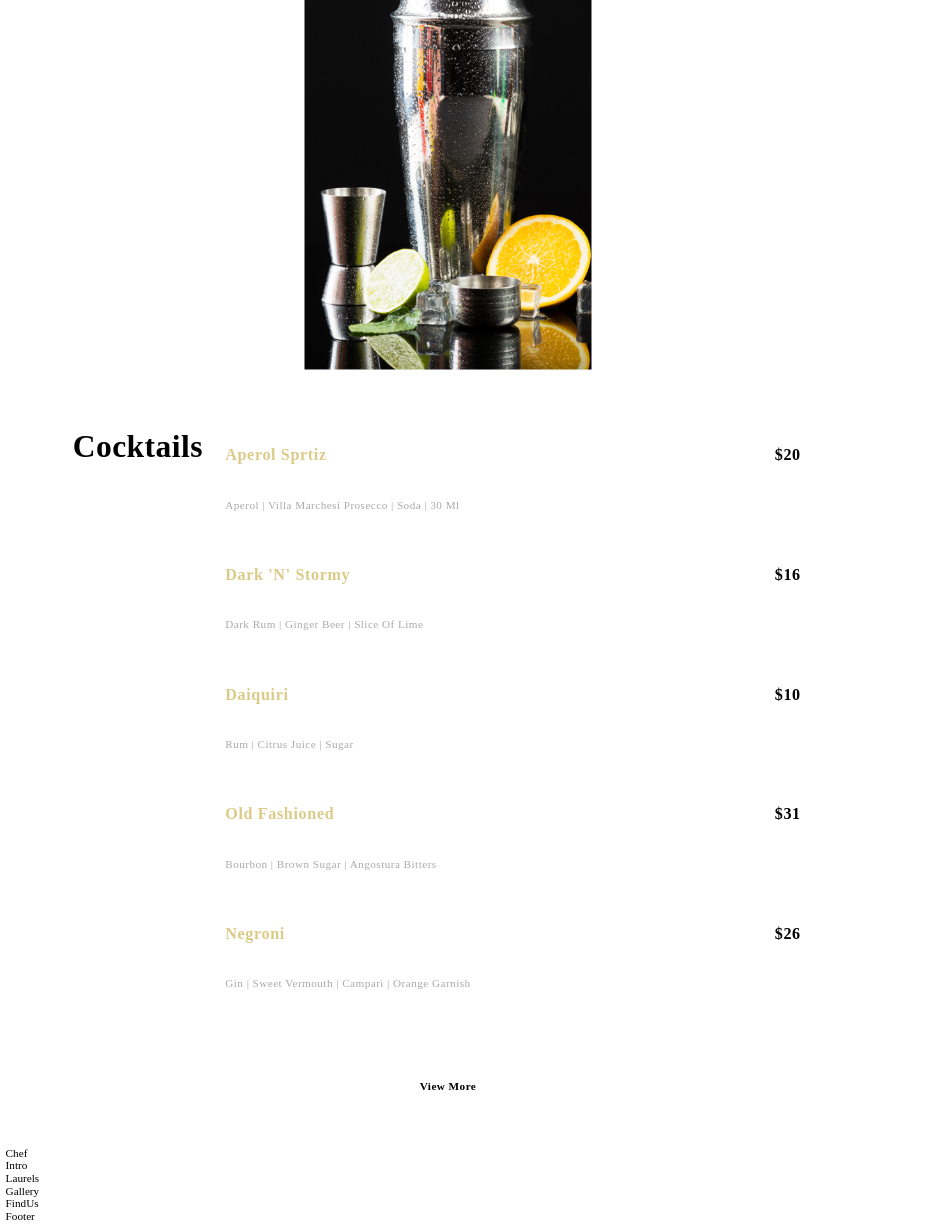
Repository: remydev47/restaurant
Page: /
An editor plug-in stored every save of this project. The page is shown before and after the next save, followed by the edit.
The browser window is 1280 px wide. The page is 1336 px wide, so the pictures cover 1336 px, including what lies to the right of the window. The pictures show the part of the page from y = 3858 to 5698 px (the page is 5613 px tall before and 5698 px after), at 70% of full size.
Backgrounds fixed to the window are drawn as part of the page. The project was rebuilt for these pictures with package versions that can differ from the ones it lists, and the page was loaded fresh each time. Also part of the build but not shown: src/container/Chef/Chef.css, src/components/Footer/Newsletter.jsx, src/components/Footer/FooterOverlay.jsx. Imported but missing from the stored project, and not drawn on this page: src/assets/meal.mp4.

Above is the page before, as saved 2022-03-16 17:16:41.

### public/index.html
<!DOCTYPE html>
<html lang="en">
  <head>
    <meta charset="utf-8" />
    <link rel="icon" href="%PUBLIC_URL%/favicon.ico" />
    <meta name="viewport" content="width=device-width, initial-scale=1" />
    <meta name="theme-color" content="#000000" />
    <meta name="description"content="Web site created using create-react-app"/>
    <link rel="apple-touch-icon" href="%PUBLIC_URL%/logo192.png" />
    <link rel="manifest" href="%PUBLIC_URL%/manifest.json" />
    <title>Gerich Resturant</title>
  </head>
  <body>
    <noscript>You need to enable JavaScript to run this app.</noscript>
    <div id="root"></div>
</html>

### src/App.js
import React from 'react';

import { AboutUs, Chef, FindUs, Footer, Gallery, Header, Intro, Laurels, SpecialMenu } from './container';
import { Navbar } from './components';
import './App.css';

const App = () => (
  <div>
    <Navbar />
    <Header />
    <AboutUs />
    <SpecialMenu />
    <Chef />
    <Intro />
    <Laurels />
    <Gallery />
    <FindUs />
    <Footer />
  </div>
);

export default App;

### src/container/AboutUs/AboutUs.jsx
import React from 'react';

import './AboutUs.css';
import { images } from '../../constants';

const AboutUs = () => (
  <div className="app__aboutus app__bg flex__center section__padding" id="aboutus">
    <div className='app__aboutus-overlay flex__center'>
      <img src={images.G} alt="g letter" />
    </div>
    <div className='app__aboutus-content flex__center'>
      <div className='app__aboutus-content_about'>
        <h1 className='headtext__cormorant'>About Us</h1>
        <img src={images.spoon} alt="about_spoon" className="spoon__img" />
        <p className="p__opensans">
          Eager to serve you, our experienced wait staff greet you at the door and lead you to the table of your choice in the well thought out seating arrangement. The rich aroma of freshly ground coffee is the handiwork of our skilled baristas, adept in latte art.
        </p>
        <button type="button" className="custom__button">Know More</button>
      </div>
      <div className="app__aboutus-content_knife flex__center">
        <img src={images.knife} alt="about_knife" />
      </div>
      <div className='app__aboutus-content_history'>
        <h1 className='headtext__cormorant'>Our History</h1>
        <img src={images.spoon} alt="about_spoon" className="spoon__img" />
        <p className="p__opensans">
        Welcome to Giretch, a fully fledged restaurant specializing in delivering a relaxed and memorable dining experience. We’re currently in 12 locations; 4 in Nairobi, 8 in Kampala and 1 in Entebbe
        </p>
        <button type="button" className="custom__button">Know More</button>
      </div>
    </div>
  </div>
);

export default AboutUs;

### src/container/Header/Header.jsx
import React from 'react';
import { SubHeading } from '../../components';

import { images } from "../../constants"
import './Header.css';

const Header = () => (
  <div className="app__header app__wrapper section__padding" id="home">
    <div className="app__wrapper_info">
      <SubHeading title="Chase The New Flavour" />
      <h1 className="app__header-h1">The Key To Fine Dining</h1>
      <p className="p__opensans" style={{margin: '2rem 0'}}>
          Geritch is a perfect haven for both business and leisure travellers. It all begins with our friendly staff, who will do everything they can to make your meal fulfiling and enjoyable. The team at Geritch kitchen looks forward to welcoming you in one of our luxury restaurant where you will experience comfort and convenience in this beautiful city of Nairobi.
      </p>
      <button type="button" className="custom__button">Explore Menu</button>
    </div>
    <div className="app__wrapper_img">
      <img src={images.welcome} alt="header img" />
    </div>
  </div>
);

export default Header;

### src/container/Menu/SpecialMenu.jsx
import React from 'react';

import { SubHeading, MenuItem } from '../../components';
import { images, data } from '../../constants';
import './SpecialMenu.css';

const SpecialMenu = () => (
  <div className="app__specialMenu flex__center section__padding">
    <div className='app__specialMenu-title'>
      <SubHeading title="Menu Thats Fits Your Pallate" />
      <h1 className="headtext__cormorant">Today's Special</h1>
    </div>

    <div className='app__specialMenu-menu'>
      <div className='app__specialMenu-menu_wine flex__center'>
        <p className='app__specialMenu-menu_heading'>Wine & Beer</p>
      </div>
      <div className='app__specialMenu_menu_items'>
        {data.wines.map((wine, index) => (
         <MenuItem key={wine.title + index} title={wine.title} price={wine.price} tags={wine.tags} />
        ))}
      </div>
    </div>

    <div className="app__specialMenu-menu_img">
      <img src={images.menu} alt="menu img"  />
    </div>

    <div className='app__specialMenu-menu'>
      <div className='app__specialMenu-menu_cocktails flex__center'>
        <p className='app__specialMenu-menu_heading'>Cocktails</p>
      </div>
      <div className='app__specialMenu_menu_items'>
        {data.cocktails.map((cocktail, index) => (
          <MenuItem key={cocktail.title + index} title={cocktail.title} price={cocktail.price} tags={cocktail.tags} />
        ))}
      </div>
    </div>
    <div style={{marginTop: '15px'}}>
      <button  type="button" className="custom__button">View More</button>
    </div>
  </div>
);

export default SpecialMenu;

### src/components/SubHeading/SubHeading.jsx
import React from 'react';
import { images } from '../../constants';


const SubHeading = ({ title }) => (
  <div style={{ marginBottom: "1rem"}}>
    <p className='p__cormorant'>{title}</p>
    <img src={images.spoon} alt="spoon" className="spoon__img" />
  </div>
);

export default SubHeading;

### src/components/Menuitem/MenuItem.jsx
import React from 'react';

import './MenuItem.css';

const MenuItem = ({ title, price, tags }) => (
  <div className="app__menuitem">
    <div className="app__menuitem-head">
      <div className="app__menuitem-name">
        <p className="p__cormorant" style={{ color: '#DCCA87'}}>{title}</p>
      </div>

      <div className="app__menuitem-dash" />

      <div className="app__menuitem-price">
        <p className="p__cormorant">{price}</p>
      </div>
    </div>
    <div className="app__menuitem-sub">
      <p className="p__opensans" style={{ color: '#AAA'}}>{tags}</p>
    </div>
  </div>
);

export default MenuItem;

### src/components/Navbar/Navbar.jsx
import React, {useState} from 'react';
import { GiHamburgerMenu } from 'react-icons/gi';
import { MdOutlineRestaurantMenu } from 'react-icons/md';

import images from '../../constants/images';
import './Navbar.css';

const Navbar = () => {
  const [toggleMenu, setToggleMenu] = useState(false)
  return(
  <nav className="app__navbar">
    <div className="app__navbar-logo">
     <img src={images.gericht} alt="app logo"/>
    </div>
    <ul className="app__navbar-links">
      <li className="p__opensans"><a href="#home">Home</a></li>
      <li className="p__opensans"><a href="#about">About</a></li>
      <li className="p__opensans"><a href="#menu">Menu</a></li>
      <li className="p__opensans"><a href="#awards">Awards</a></li>
      <li className="p__opensans"><a href="#contact">Contact</a></li>
    </ul>
    <div className="app__navbar-login">
      <a href="#login" className="p__opensans">Log in/ Register</a>
    <div/>
      <a href="/" className="p__opensans">Book Table</a>
    </div>
    <div className="app__navbar-smallscreen">
      <GiHamburgerMenu color="#fff" fontsize={27} onClick={() => setToggleMenu(true)} />

      {toggleMenu && (


      <div className="app__navbar-smallscreen_overlay flex__center slide-bottom">
        <MdOutlineRestaurantMenu fontSize={27} className="overlay__close" onClick={() => setToggleMenu(false)} />
        <ul className="app__navbar-smallscreen_links">
          <li className="p__opensans"><a href="#home">Home</a></li>
          <li className="p__opensans"><a href="#about">About</a></li>
          <li className="p__opensans"><a href="#menu">Menu</a></li>
          <li className="p__opensans"><a href="#awards">Awards</a></li>
          <li className="p__opensans"><a href="#contact">Contact</a></li>
       </ul>
      </div>
       )}
    </div>
  </nav>
  );
};

export default Navbar;

### src/container/AboutUs/AboutUs.css
.app__aboutus {
    position: relative;
}

.app__aboutus-overlay {
    position: absolute;
    inset: 0;
}

.app__aboutus-overlay img {
    width: 391px;
    height: 415px;
    z-index: 0;
}

.app__aboutus-content {
    width: 100%;
    z-index: 2;
}

.app__aboutus-content_about {
    flex: 1;
    display: flex;
    justify-content: flex-end;
    align-items: flex-end;
    flex-direction: column;

    text-align: right;
}

.app__aboutus-content_knife {
    margin: 2rem 4rem;
}

.app__aboutus-content_knife img{
    height: 910px;
}

.app__aboutus-content_history {
    flex: 1;
    display: flex;
    justify-content: flex-start;
    align-items: flex-start;
    flex-direction: column;

    text-align: left;
}

.app__aboutus-content_history p,
.app__aboutus-content_about p {
    margin: 2rem 0;
    color: var(--color-grey);
}

@media screen and (max-width: 2000px) {
    .app__aboutus-content_knife img{
        height: 1110px;
    }
}

.app__aboutus-content_history p,
.app__aboutus-content_about p {
    margin: 4rem 0;
    color: var(--color-grey);
}

@media screen and (max-width: 900px) {
    .app__aboutus-content {
        flex-direction: column;
    }

    .app__aboutus-content_knife {
        margin: 4rem 0;
    }
}

@media screen and (max-width: 650px) {
    .app__aboutus-overlay img {
        width: 80%;
        height: 320px;
    }
}

### src/container/Header/Header.css
.app__header {
    background-color: var(--color-black);
}

.app__header-h1 {
    font-family: var(--font-base);
    color: var(--color-golden);
    letter-spacing: 0.04rem;
    text-transform: uppercase;
    line-height: 117px;
    font-size: 90px;
}

.app__header-img {
    width: 100%;
}

### src/container/Menu/SpecialMenu.css
.app__specialMenu {
    flex-direction: column;
    background-color: var(--color-black);
}

.app__specialMenu-title {
    margin-bottom: 2rem;
    text-align: center;
}

.app__specialMenu-menu {
    width: 100%;

    margin: 2rem 0;
    display: flex;
    justify-content: center;
    align-items: flex-start;
    flex-direction: row;
}

.app__specialMenu-menu_heading {
    font-family: var(--font-base);
    font-weight: 600;
    font-size: 45px;
    line-height: 58.5px;
    letter-spacing: 0.04rem;
    color: var(--color-white);
}

.app__specialMenu-menu_wine ,
.app__specialMenu-menu_cocktails{
flex: 1;
width: 100%;
flex-direction: column;
}

.app__specialMenu-menu_img {
    width:410px;
    margin: 0 2rem;
}

.app__specialMenu-menu_img img {
    width: 100%;
    height: auto;
}

.app__specialMenu_menu_items {
    display: flex;
    flex-direction: column;

    margin: 2rem;
    width: 100%;
}

### src/components/Menuitem/MenuItem.css
.app__menuitem {
    width: 100%;
    margin: 1rem 0;

    display: flex;
    flex-direction: column;
}

.app__menuitem-head {
    display: flex;
    justify-content: space-between;
    align-items: center;
}

.app__menuitem-sub {
    width: 100%;
    margin-top: 0.2rem;
}

.app__menuitem-name{
    flex: 1;
}

.app__menuitem-dash {
    width: 90px;
    height: 1px;

    background: var(--color-golden);
    margin: 0 1rem;
}

.app__menuitem-price {
    display: flex;
    justify-content: flex-end;
    align-items: flex-end;
}

### src/constants/images.js
import bg from '../assets/bg.png';
import chef from '../assets/chef.png';
import G from '../assets/G.png';
import gallery01 from '../assets/gallery01.png';
import gallery02 from '../assets/gallery02.png';
import gallery03 from '../assets/gallery03.png';
import gallery04 from '../assets/gallery04.png';
import knife from '../assets/knife.png';
import logo from '../assets/logo.png';
import menu from '../assets/menu.png';
import overlaybg from '../assets/overlaybg.png';
import spoon from '../assets/spoon.svg';
import welcome from '../assets/welcome.png';
import findus from '../assets/findus.png';
import laurels from '../assets/laurels.png';
import award01 from '../assets/award01.png';
import award02 from '../assets/award02.png';
import award03 from '../assets/award03.png';
import award05 from '../assets/award05.png';
import sign from '../assets/sign.png';
import quote from '../assets/quote.png';
import gericht from '../assets/gericht.png';

export default {
  bg,
  chef,
  G,
  gallery01,
  gallery02,
  gallery03,
  gallery04,
  knife,
  logo,
  menu,
  overlaybg,
  spoon,
  welcome,
  findus,
  laurels,
  award01,
  award02,
  award03,
  award05,
  sign,
  quote,
  gericht,
};

### src/components/Navbar/Navbar.css
.app__navbar {
   width: 100%;
   display: flex;
   justify-content: space-between;
   align-items: center;
   background: var(--color-black);
   padding: 1rem 2rem;
}

.app__navbar-logo{
    display: flex;
    justify-content: flex-start;
    align-items: center;
}

.app__navbar-logo img{
    width: 150px;
}

.app__navbar-links {
    flex: 1;
    display: flex;
    justify-content: center;
    align-items: center;

    list-style: none;
}

.app__navbar-links li{
    margin: 0 1rem;
    cursor: pointer;
}

.app__navbar-links li:hover {
   color: var(--color-grey);
}

.app__navbar-login {
    display: flex;
    justify-content: flex-end;
    align-items: center;
}
.app__navbar-login a {
    margin: o 1rem;
    text-decoration: none;
    transition: 0.5s  ease;
}

.app__navbar-login a:hover{
    border-bottom: 1px solid var(--color-golden);
}

.app__navbar-login div{
    width: 1px;
    height: 30px;
    background-color: var(--color-grey);
}

.app__navbar-smallscreen{
    display: none;
}

.app__navbar-smallscreen_overlay {
    position: fixed;
    top: 0;
    left: 0;
    width: 100%;
    height: 100vh;
    background-color: var(--color-black);
    transition: 0.5s ease;

    flex-direction: column;
    z-index: 5;
}

.app__navbar-smallscreen_overlay .overlay__close{
    font-size: 27px;
    color: var(--color-golden);
    cursor: pointer;

    position: absolute;
    top: 20px;
    right: 20px;
}

.app__navbar-smallscreen_links{
    list-style: none;
}

.app__navbar-smallscreen_links li {
   margin: 2rem;
   cursor: pointer;
   color: var(--color-golden);
   font-size: 2rem;
   text-align: center;
   font-family: var(--font-base);
}

.app__navbar-smallscreen_links li:hover {
    color: var(--color-white);
}

@media screen and (max-width: 2000px) {
    .app__navbar-logo img{
        width: 210px;
    }
}

@media screen and (max-width: 1150px) {
    .app__navbar-links {
        display: none;
    }

    .app__navbar-smallscreen {
        display: flex;
    }
}

@media screen and (max-width: 650px) {
    .app__navbar {
        padding: 1rem;
    }
    .app__navbar-login {
        display: none;
    }

    .app__navbar-logo img{
        width: 110px;
    }
}

### src/constants/data.js
import images from './images';

const wines = [
  {
    title: 'Chapel Hill Shiraz',
    price: '$56',
    tags: 'AU | Bottle',
  },
  {
    title: 'Catena Malbee',
    price: '$59',
    tags: 'AU | Bottle',
  },
  {
    title: 'La Vieillw Rose',
    price: '$44',
    tags: 'FR | 750 ml',
  },
  {
    title: 'Rhino Pale Ale',
    price: '$31',
    tags: 'CA | 750 ml',
  },
  {
    title: 'Irish Guinness',
    price: '$26',
    tags: 'IE | 750 ml',
  },
];

const cocktails = [
  {
    title: 'Aperol Sprtiz',
    price: '$20',
    tags: 'Aperol | Villa Marchesi prosecco | soda | 30 ml',
  },
  {
    title: "Dark 'N' Stormy",
    price: '$16',
    tags: 'Dark rum | Ginger beer | Slice of lime',
  },
  {
    title: 'Daiquiri',
    price: '$10',
    tags: 'Rum | Citrus juice | Sugar',
  },
  {
    title: 'Old Fashioned',
    price: '$31',
    tags: 'Bourbon | Brown sugar | Angostura Bitters',
  },
  {
    title: 'Negroni',
    price: '$26',
    tags: 'Gin | Sweet Vermouth | Campari | Orange garnish',
  },
];

const awards = [
  {
    imgUrl: images.award02,
    title: 'Bib Gourmond',
    subtitle: 'Lorem ipsum dolor sit amet, consectetur.',
  },
  {
    imgUrl: images.award01,
    title: 'Rising Star',
    subtitle: 'Lorem ipsum dolor sit amet, consectetur.',
  },
  {
    imgUrl: images.award05,
    title: 'AA Hospitality',
    subtitle: 'Lorem ipsum dolor sit amet, consectetur.',
  },
  {
    imgUrl: images.award03,
    title: 'Outstanding Chef',
    subtitle: 'Lorem ipsum dolor sit amet, consectetur.',
  },
];

export default { wines, cocktails, awards };

Loaded but not shown: src/index.js (common file); src/container/index.js (common file); src/components/index.js (common file); src/App.css (common file); src/container/Chef/Chef.jsx (common file); src/container/Findus/FindUs.jsx (common file); src/container/Footer/Footer.jsx (common file); src/container/Gallery/Gallery.jsx (common file); src/container/Intro/Intro.jsx (common file); src/container/Laurels/Laurels.jsx (common file); src/constants/index.js (common file); src/components/Footer/FooterOverlay.css (no stored copy; drawn as an empty file); src/components/Footer/Newsletter.css (no stored copy; drawn as an empty file); src/container/Footer/Footer.css (no stored copy; drawn as an empty file); src/container/Gallery/Gallery.css (no stored copy; drawn as an empty file); src/container/Intro/Intro.css (no stored copy; drawn as an empty file); src/container/Laurels/Laurels.css (no stored copy; drawn as an empty file)

After the next save:
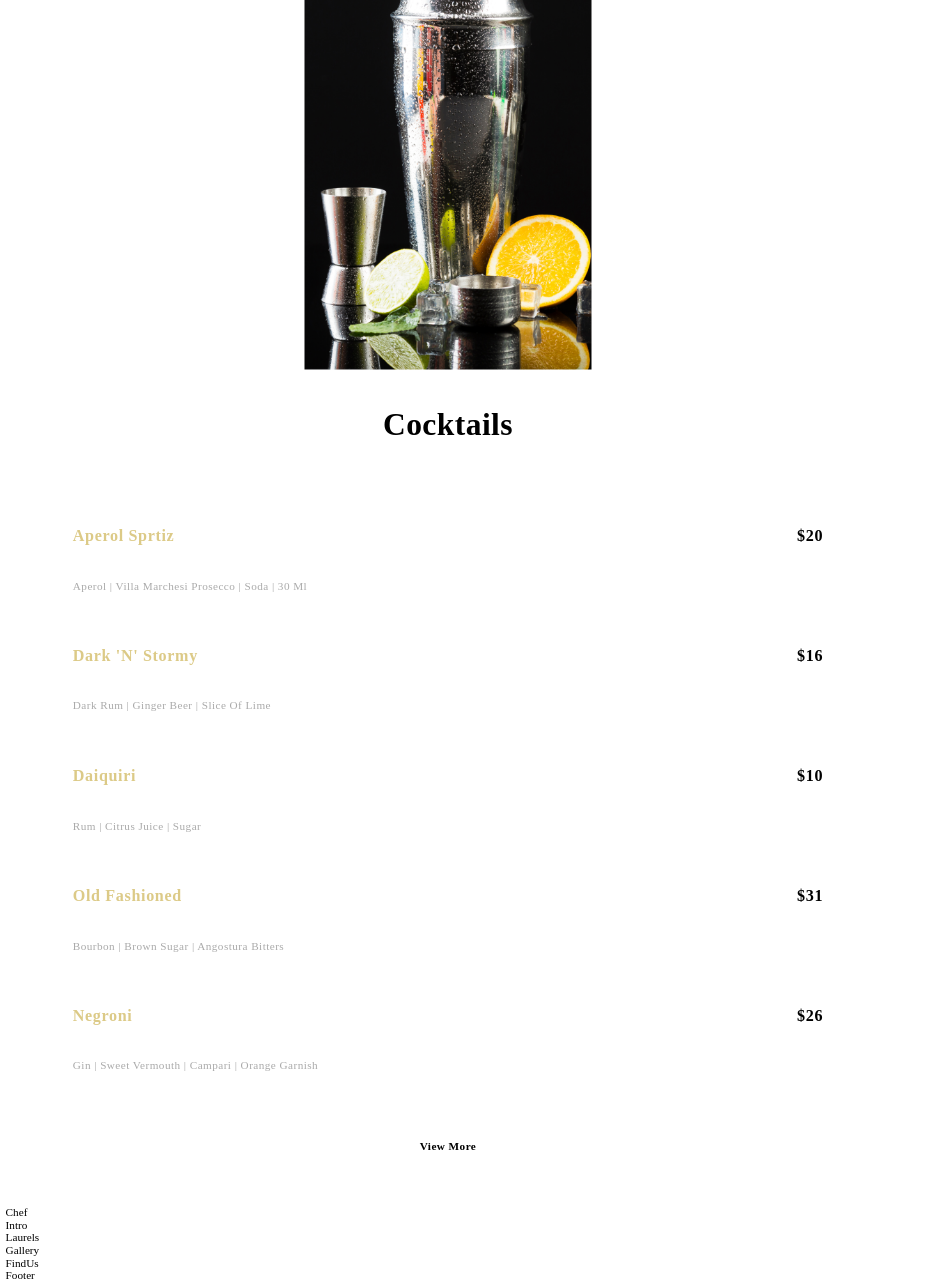
Saved 3 min 15 s later.
--- a/src/container/Menu/SpecialMenu.jsx
+++ b/src/container/Menu/SpecialMenu.jsx
@@ -26,7 +26,7 @@ const SpecialMenu = () => (
       <img src={images.menu} alt="menu img"  />
     </div>
 
-    <div className='app__specialMenu-menu'>
+
       <div className='app__specialMenu-menu_cocktails flex__center'>
         <p className='app__specialMenu-menu_heading'>Cocktails</p>
       </div>
@@ -35,7 +35,7 @@ const SpecialMenu = () => (
           <MenuItem key={cocktail.title + index} title={cocktail.title} price={cocktail.price} tags={cocktail.tags} />
         ))}
       </div>
-    </div>
+
     <div style={{marginTop: '15px'}}>
       <button  type="button" className="custom__button">View More</button>
     </div>
